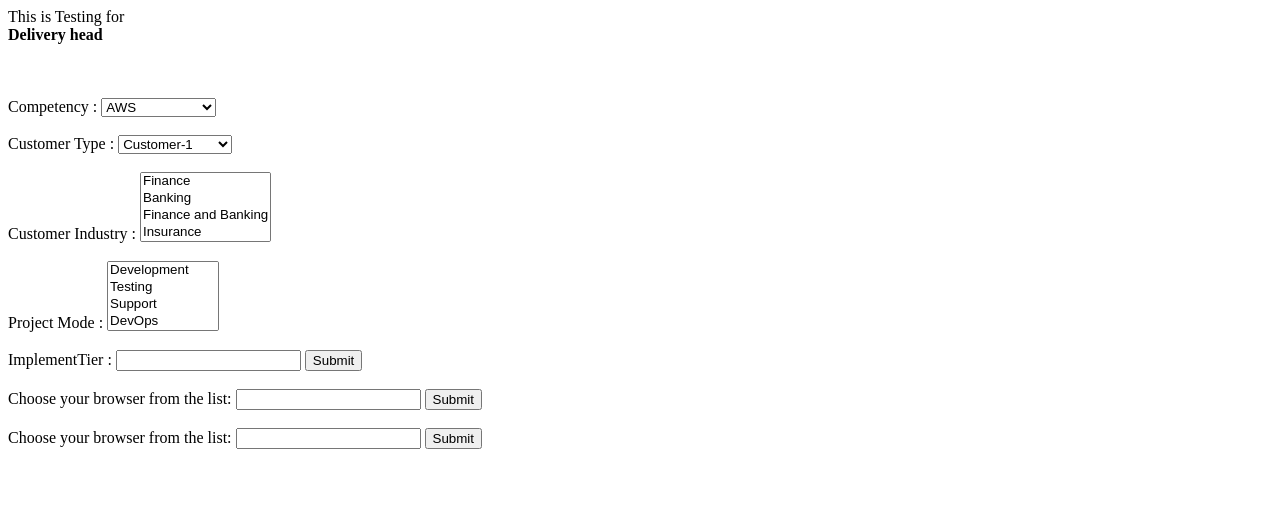
Repository: Perwaiz21/STS
Page: http://localhost/AWS_Web/
An editor plug-in stored every save of this project. The page is shown before and after a run of saves, followed by the edit.
The browser window is 1280 px wide. The pictures show the whole page.
The page is served by Tomcat 9.

Above is the page before, as saved 2021-02-18 10:08:57.

### AWS_Web/WebContent/index.jsp
<%@ page language="java" contentType="text/html; charset=ISO-8859-1"
	pageEncoding="ISO-8859-1"%>
<!DOCTYPE html>
<html>
<head>
<meta charset="ISO-8859-1">
<title>Insert title here</title>
</head>
<body>
	<form action="/action_page.php" method="get">
		This is Testing for <br> <b>Delivery head</b> <br> <br>
		<br> <br> <label for="Competency"> Competency :</label> <select
			name="cars" id="Competency">
			<option value="AWS">AWS</option>
			<option value="Azure">Azure</option>
			<option value="GCP">GCP</option>
			<option value="Java Full Stack">Java Full Stack</option>
			<option value="Front end">Front end</option>
			<option value=".NET Full Stack">.NET Full Stack</option>

		</select> <br> <br> <label for="Customer Type">Customer Type
			:</label> <select name="Customer_Type" id="Customer_Type">
			<option value="ISV">Customer-1</option>
			<option value="Enterprise level">Enterprise level</option>

		</select> <br> <br> <label for="Customer Industry">Customer
			Industry :</label> <select name="Customer_Industry" id="Customer_Industry"
			multiple>
			<option value="Finance">Finance</option>
			<option value="Banking">Banking</option>
			<option value="Finance and Banking">Finance and Banking</option>
			<option value="Insurance">Insurance</option>
			<option value="Oil and Gas">Oil and Gas</option>
			<option value="Pharma">Pharma</option>
			<option value="Health Care">Health Care</option>
			<option value="Telecom">Telecom</option>
			<option value="Mortgage">Mortgage</option>
			<option value="Supply Chain">Supply Chain</option>
			<option value="Lease Management">Lease Management</option>
			<option value="Advisory">Advisory</option>
			<option value="Audit">Audit</option>
		</select> <br> <br> <label for="Project Mode">Project Mode :</label>
		<select name="Project-Mode" id="Project-Mode" multiple>
			<option value="Development">Development</option>
			<option value="Testing">Testing</option>
			<option value="Support">Support</option>
			<option value="DevOps">DevOps</option>
			<option value="Consulting">Consulting</option>
			<option value="Management">Management</option>
			<option value="DB Administration">DB Administration</option>
		</select>
		<br> <br>
		<label for="ImplementTier ">ImplementTier
			:</label>
			<input
			list="ImplementTier" name="ImplementTier" id="ImplementTier">
			<datalist id="ImplementTier">
			<option value="ImplementTier-1 ">
			<option value="ImplementTier-2">
			<option value="ImplementTier-3">
			<option value="ImplementTier-4">
			<option value="ImplementTier-5">
			<option value="ImplementTier-6">
			<option value="ImplementTier-7">
			</datalist>
			<input type="submit">
			<br><br>
	 <label for="browser">Choose your browser from the list:</label> <input
			list="browsers" name="browser" id="browser">
		<datalist id="browsers">
			<option value="Edge">
			<option value="Firefox">
			<option value="Chrome">
			<option value="Opera">
			<option value="Safari">
		</datalist>
		<input type="submit">
		<br><br>
		<label for="browser">Choose your browser from the list:</label> <input
			list="browsers" name="browser" id="browser">
		<datalist id="browsers">
			<option value="Edge">
			<option value="Firefox">
			<option value="Chrome">
			<option value="Opera">
			<option value="Safari">
		</datalist>
		<input type="submit">
	</form>


</body>
</html>

After the next 2 saves:
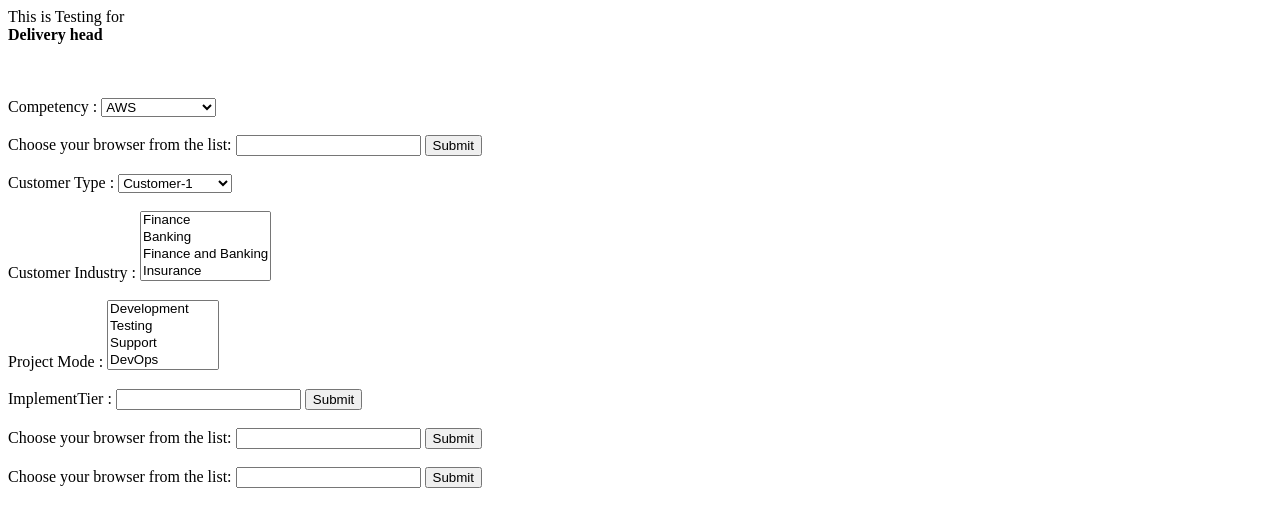
The 2 saves are shown as one change because they came seconds apart.
The last was saved 54 s later.
--- a/AWS_Web/WebContent/index.jsp
+++ b/AWS_Web/WebContent/index.jsp
@@ -18,14 +18,30 @@
 			<option value="Front end">Front end</option>
 			<option value=".NET Full Stack">.NET Full Stack</option>
 
-		</select> <br> <br> <label for="Customer Type">Customer Type
-			:</label> <select name="Customer_Type" id="Customer_Type">
+		</select> <br>
+		<br> <label for="browser">Choose your browser from the
+			list:</label> <input list="browsers" name="browser" id="browser">
+		<datalist id="browsers">
+			<option value="Edge"><option value="Firefox">
+
+			<option value="Chrome">
+
+			<option value="Opera">
+
+			<option value="Safari">
+
+		</datalist>
+		<input type="submit">
+
+		<br> <br> <label
+					for="Customer Type">Customer Type :</label> <select
+					name="Customer_Type" id="Customer_Type">
 			<option value="ISV">Customer-1</option>
 			<option value="Enterprise level">Enterprise level</option>
 
 		</select> <br> <br> <label for="Customer Industry">Customer
 			Industry :</label> <select name="Customer_Industry" id="Customer_Industry"
-			multiple>
+					multiple>
 			<option value="Finance">Finance</option>
 			<option value="Banking">Banking</option>
 			<option value="Finance and Banking">Finance and Banking</option>
@@ -52,41 +68,58 @@
 		<br> <br>
 		<label for="ImplementTier ">ImplementTier
 			:</label>
-			<input
-			list="ImplementTier" name="ImplementTier" id="ImplementTier">
+			<input list="ImplementTier" name="ImplementTier" id="ImplementTier">
 			<datalist id="ImplementTier">
 			<option value="ImplementTier-1 ">
-			<option value="ImplementTier-2">
-			<option value="ImplementTier-3">
-			<option value="ImplementTier-4">
-			<option value="ImplementTier-5">
-			<option value="ImplementTier-6">
-			<option value="ImplementTier-7">
-			</datalist>
+
+					<option value="ImplementTier-2">
+
+					<option value="ImplementTier-3">
+
+					<option value="ImplementTier-4">
+
+					<option value="ImplementTier-5">
+
+					<option value="ImplementTier-6">
+
+					<option value="ImplementTier-7">
+
+				</datalist>
 			<input type="submit">
 			<br><br>
 	 <label for="browser">Choose your browser from the list:</label> <input
-			list="browsers" name="browser" id="browser">
+					list="browsers" name="browser" id="browser">
 		<datalist id="browsers">
 			<option value="Edge">
-			<option value="Firefox">
-			<option value="Chrome">
-			<option value="Opera">
-			<option value="Safari">
-		</datalist>
+
+					<option value="Firefox">
+
+					<option value="Chrome">
+
+					<option value="Opera">
+
+					<option value="Safari">
+
+				</datalist>
 		<input type="submit">
 		<br><br>
 		<label for="browser">Choose your browser from the list:</label> <input
-			list="browsers" name="browser" id="browser">
+					list="browsers" name="browser" id="browser">
 		<datalist id="browsers">
 			<option value="Edge">
-			<option value="Firefox">
-			<option value="Chrome">
-			<option value="Opera">
-			<option value="Safari">
-		</datalist>
+
+					<option value="Firefox">
+
+					<option value="Chrome">
+
+					<option value="Opera">
+
+					<option value="Safari">
+
+				</datalist>
 		<input type="submit">
-	</form>
+
+			</form>
 
 
 </body>
